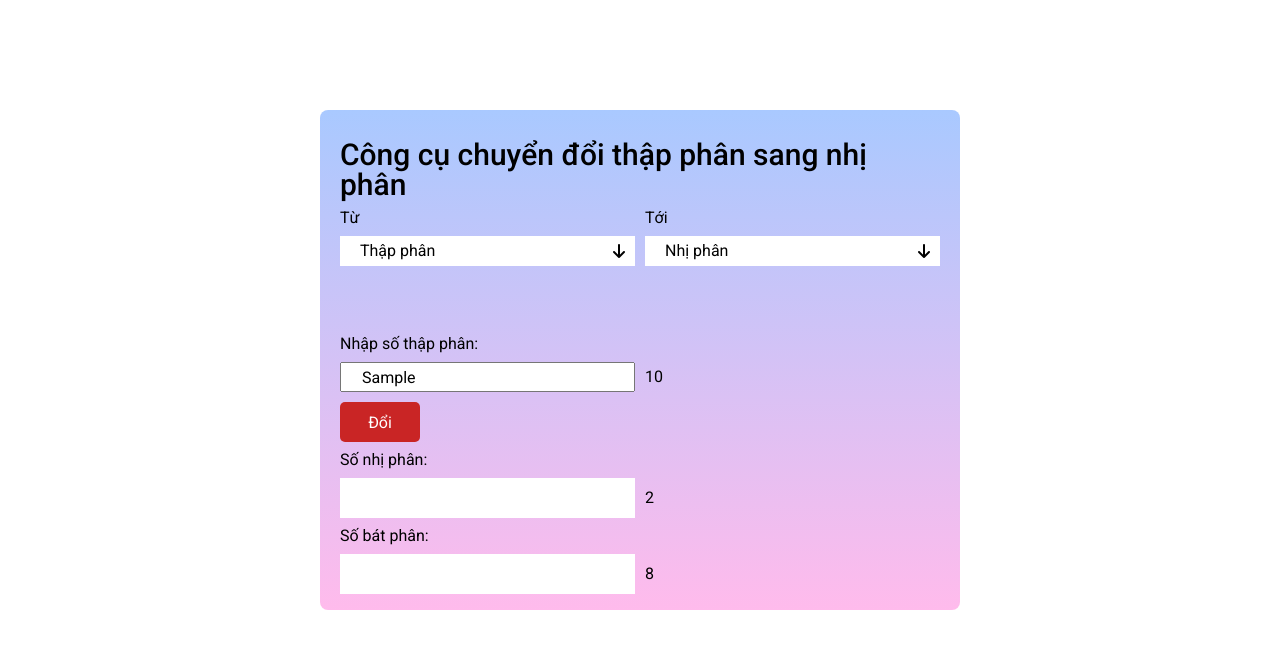
Repository: thuanpham00/covertNumber
Page: index.html
The author's editor kept a copy of each file at every save. The page is drawn from the files as they stood at one save, then again after the next save.
The browser window is 1280 px wide. The pictures show the whole page.
Empty fields were first filled with sample values (such as "Sample", 5 or name@example.com).
After loading, the first visible `div.type-2` was clicked once.
Some web libraries are served in a nearby version. The style sheet was rebuilt from its Sass, Less or Tailwind sources for each picture, by a compiler version that may differ from the author's.

Above is the page before, as saved 2023-11-05 16:56:21.
Console error (its wording comes from the project's code and is left out).

### index.html
<!DOCTYPE html>
<html lang="en">
    <head>
        <meta charset="UTF-8" />
        <meta name="viewport" content="width=device-width, initial-scale=1.0" />
        <title>Convert Number</title>
        <link rel="stylesheet" href="./assets/css/main.css" />
        <link rel="preconnect" href="https://fonts.googleapis.com" />
        <link rel="preconnect" href="https://fonts.gstatic.com" crossorigin />
        <link
            href="https://fonts.googleapis.com/css2?family=Roboto:wght@400;500;700;900&display=swap"
            rel="stylesheet"
        />
        <script src="https://kit.fontawesome.com/3115b3f4f1.js"></script>
    </head>
    <body>
        <div class="container">
            <h1 class="title">Công cụ chuyển đổi thập phân sang nhị phân</h1>
            <div class="row">
                <span class="row__desc">Từ</span>
                <span class="row__desc">Tới</span>
            </div>
            <div class="row">
                <div class="row__type">
                    <div class="row__text">Thập phân</div>
                    <div class="row__icon">
                        <i class="fa-solid fa-arrow-down"></i>
                    </div>
                </div>

                <div class="row__type type-2">
                    <div class="row__text">Nhị phân</div>
                    <div class="row__icon">
                        <i class="fa-solid fa-arrow-down"></i>
                    </div>
                </div>
            </div>
            <div class="list hidden">
                <div class="list__item">
                    <div class="row__text" style="pointer-events: none;">Nhị phân</div>
                    <div class="row__icon">
                        <i class="fa-solid fa-arrow-down"></i>
                    </div>
                </div>
                <div class="list__item">
                    <div class="row__text" style="pointer-events: none;">Bát phân</div>
                    <div class="row__icon">
                        <i class="fa-solid fa-arrow-down"></i>
                    </div>
                </div>
            </div>
            <div class="container__wrapper">
                <div class="desc">Nhập số thập phân:</div>
                <form class="form" autocomplete="off">
                    <div class="row">
                        <input
                            type="text"
                            class="form__input"
                            name="numberInput"
                            required
                        />
                        <span>10</span>
                    </div>
                    <input type="submit" class="form__submit" value="Đổi" />
                </form>

                <div class="desc">Số nhị phân:</div>
                <div class="row">
                    <div class="result">
                        <span class="result__inner"></span>
                    </div>
                    <span>2</span>
                </div>
                <div class="desc">Số bát phân:</div>
                <div class="row">
                    <div class="result">
                        <span class="result__inner inner-2"></span>
                    </div>
                    <span>8</span>
                </div>
            </div>
        </div>

        <script src="./main.js"></script>
    </body>
</html>

### main.js
// // phần nguyên: integerPart
// // phần thập phân: decimalPart
window.addEventListener("load", function () {
    function convertDecimalToBinary(number) {
        let binary = [];
        let integerPart = Math.floor(number); // làm tròn xuống
        let decimalPart = number - integerPart;

        while (integerPart > 0) {
            let number1 = integerPart % 2;
            binary.unshift(number1);
            integerPart = Math.floor(integerPart / 2);
        }
        if (decimalPart > 0) {
            binary.push(".");

            let min = 0;
            let max = 16;
            while (decimalPart > 0 && min < max) {
                decimalPart = decimalPart * 2;
                let digit = Math.floor(decimalPart);
                binary.push(digit);
                decimalPart = decimalPart - digit;
                min++;
            }
        }
        return binary.join(""); // 8.625 (10) -> 1000.101 (2)
    }

    function convertDecimalToOctal(number) {
        let binary = [];
        let integerPart = Math.floor(number); // làm tròn xuống
        let decimalPart = number - integerPart;

        while (integerPart > 0) {
            let number1 = integerPart % 8;
            binary.unshift(number1);
            integerPart = Math.floor(integerPart / 8);
        }
        if (decimalPart > 0) {
            binary.push(".");

            let min = 0;
            let max = 16;
            while (decimalPart > 0 && min < max) {
                decimalPart = decimalPart * 8;
                let digit = Math.floor(decimalPart);
                binary.push(digit);
                decimalPart = decimalPart - digit;
                min++;
            }
        }
        return binary.join(""); // 11.25 (10) -> 13.2 (8)
    }
    const result = document.querySelector(".result__inner");
    const result2 = document.querySelector(".result__inner.inner-2");
    const form = document.querySelector(".form");
    form.addEventListener("submit", function (e) {
        e.preventDefault();
        const input = parseFloat(this.elements["numberInput"].value);
        result.textContent = convertDecimalToBinary(input);
        result2.textContent = convertDecimalToOctal(input);
    });

    const list = document.querySelector(".list")
    const rowType = document.querySelector(".row__type.type-2")
    rowType.addEventListener("click", function(e) {
        const text = e.target.querySelector("")
        list.classList.toggle("visible")
        list.classList.toggle("hidden")
    })
});

### scss/main.scss
html,
body,
div,
span,
applet,
object,
iframe,
h1,
h2,
h3,
h4,
h5,
h6,
p,
blockquote,
pre,
a,
abbr,
acronym,
address,
big,
cite,
code,
del,
dfn,
em,
img,
ins,
kbd,
q,
s,
samp,
small,
strike,
strong,
sub,
sup,
tt,
var,
b,
u,
i,
center,
dl,
dt,
dd,
ol,
ul,
li,
fieldset,
form,
label,
legend,
table,
caption,
tbody,
tfoot,
thead,
tr,
th,
td,
article,
aside,
canvas,
details,
embed,
figure,
figcaption,
footer,
header,
hgroup,
menu,
nav,
output,
ruby,
section,
summary,
time,
mark,
audio,
video {
    margin: 0;
    padding: 0;
    border: 0;
    font-size: 100%;
    font: inherit;
    vertical-align: baseline;
}
/* HTML5 display-role reset for older browsers */
article,
aside,
details,
figcaption,
figure,
footer,
header,
hgroup,
menu,
nav,
section {
    display: block;
}
body {
    line-height: 1;
}
ol,
ul {
    list-style: none;
}
blockquote,
q {
    quotes: none;
}
blockquote:before,
blockquote:after,
q:before,
q:after {
    content: "";
    content: none;
}
table {
    border-collapse: collapse;
    border-spacing: 0;
}

*,
::after,
::before {
    box-sizing: border-box;
}

html {
    font-size: 62.5%;
}

body {
    background: #fff;
    font-size: 1.6rem;
    font-family: "Roboto", sans-serif;
}

input,
select,
textarea,
button {
    font-size: inherit;
    font-family: inherit;
}

.container {
    background-color: #a9c9ff;
    background-image: linear-gradient(180deg, #a9c9ff 0%, #ffbbec 100%);

    border-radius: 8px;
    padding: 10px 20px;
    height: 500px;
    position: absolute;
    top: 50%;
    left: 50%;
    transform: translate(-50%, -50%);

    .title {
        margin-top: 20px;
        font-size: 3rem;
        font-weight: 500;
    }

    .row {
        margin-top: 10px;
        display: grid;
        align-items: center;
        grid-template-columns: 1fr 1fr;
        column-gap: 10px;

        .row__type {
            display: flex;
            align-items: center;
            justify-content: space-between;
            padding-left: 20px;
            padding-right: 10px;
            height: 30px;
            width: 100%;
            background: #fff;

            // pointer-events: none;

            > i {
                font-size: 0.6rem;
            }
        }

        .result {
            width: 100%;
            height: 40px;
            background: #fff;
            display: flex;
            align-items: center;
            padding-left: 20px;
        }
    }

    .desc {
        margin-top: 10px;
    }

    .form__input {
        height: 30px;
        padding: 5px 0px 5px 20px;
        outline: none;
    }

    .form__submit {
        margin-top: 10px;
        width: 80px;
        height: 40px;
        border-radius: 5px;
        background: #c92525;
        color: #fff;
        outline: none;
        border: none;
    }
}

.list {
    margin-left: auto;
    margin-top: 10px;
    padding-top: 5px;
    height: 50px;
    width: 49%;
    background: #fff;

    .list__item {
        margin-bottom: 5px;
        display: flex;
        align-items: center;
        justify-content: space-between;
        padding-left: 20px;
        padding-right: 10px;

        &:hover {
            background: rgba(0, 0, 0, 0.5);
        }
    }

    &.hidden {
        opacity: 0;
        visibility: hidden;
    }

    &.visible {
        opacity: 1;
        visibility: visible;
    }
}

After the next save:
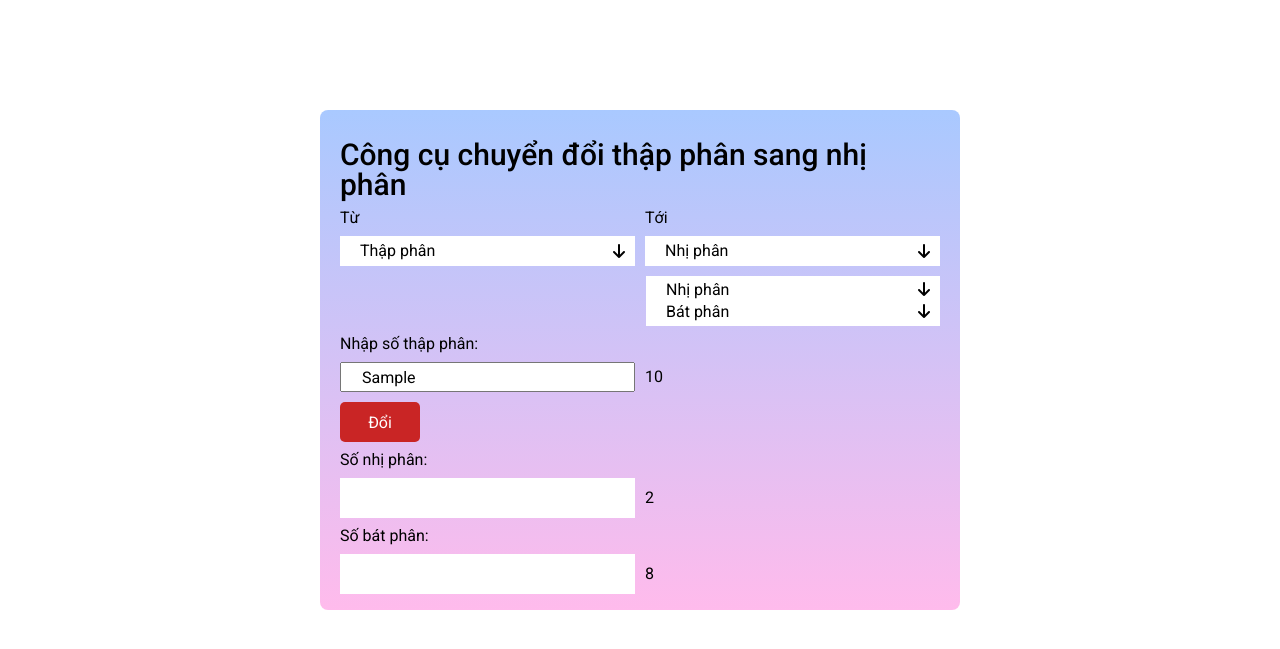
The error is gone.
Saved 12 s later.
--- a/main.js
+++ b/main.js
@@ -65,7 +65,7 @@ window.addEventListener("load", function () {
     const list = document.querySelector(".list")
     const rowType = document.querySelector(".row__type.type-2")
     rowType.addEventListener("click", function(e) {
-        const text = e.target.querySelector("")
+        // const text = e.target.querySelector("")
         list.classList.toggle("visible")
         list.classList.toggle("hidden")
     })
